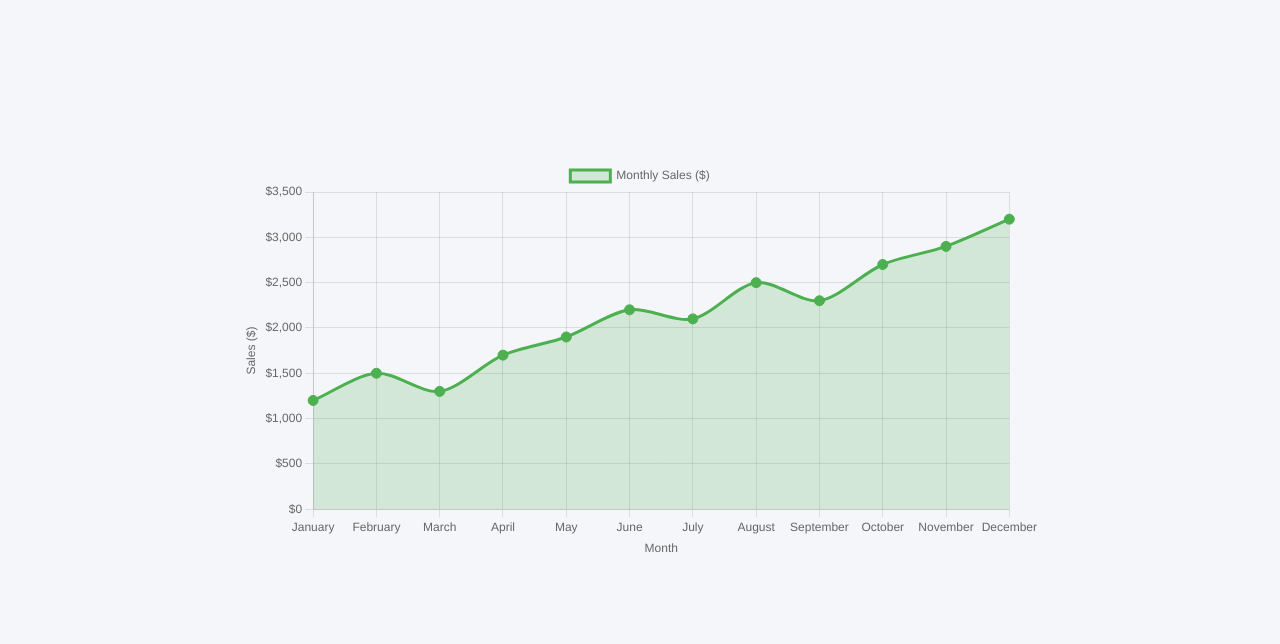
Repository: notgudmewhathuh12122334354556/GroceryInventory
Page: neww.html
An editor plug-in stored every save of this project. The page is shown before and after the next save, followed by the edit.
The browser window is 1280 px wide. The pictures show the whole page.

Above is the page before, as saved 2024-11-13 18:23:46.

After the next save:
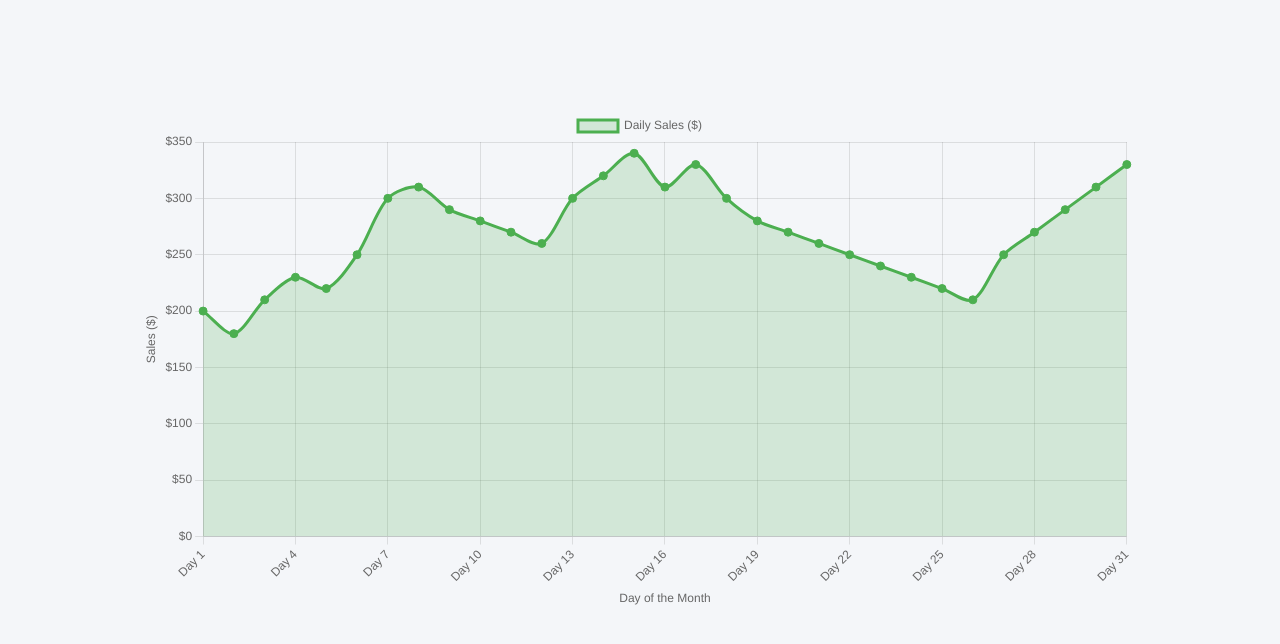
Saved 16 min 27 s later.
--- a/neww.html
+++ b/neww.html
@@ -3,7 +3,7 @@
 <head>
     <meta charset="UTF-8">
     <meta name="viewport" content="width=device-width, initial-scale=1.0">
-    <title>Sales Monitoring Chart</title>
+    <title>Daily Sales Monitoring Chart</title>
     <style>
         body {
             font-family: Arial, sans-serif;
@@ -16,8 +16,8 @@
         }
 
         .chart-container {
-            width: 80%;
-            max-width: 800px;
+            width: 90%;
+            max-width: 1000px;
             margin: 20px;
         }
     </style>
@@ -31,18 +31,27 @@
 <!-- Include Chart.js library -->
 <script src="https://cdn.jsdelivr.net/npm/chart.js"></script>
 <script>
-    // Sample data for the sales chart
+    // Generate labels for each day of the month
+    const daysOfMonth = Array.from({length: 31}, (_, i) => `Day ${i + 1}`);
+
+    // Sample daily sales data for each day of a 31-day month
+    const dailySalesData = [
+        200, 180, 210, 230, 220, 250, 300, 310, 290, 280,
+        270, 260, 300, 320, 340, 310, 330, 300, 280, 270,
+        260, 250, 240, 230, 220, 210, 250, 270, 290, 310, 330
+    ];
+
     const salesData = {
-        labels: ['January', 'February', 'March', 'April', 'May', 'June', 'July', 'August', 'September', 'October', 'November', 'December'],
+        labels: daysOfMonth,
         datasets: [{
-            label: 'Monthly Sales ($)',
-            data: [1200, 1500, 1300, 1700, 1900, 2200, 2100, 2500, 2300, 2700, 2900, 3200],
+            label: 'Daily Sales ($)',
+            data: dailySalesData,
             borderColor: '#4CAF50',
             backgroundColor: 'rgba(76, 175, 80, 0.2)',
             fill: true,
             tension: 0.3,  // Makes the line smooth
             pointBackgroundColor: '#4CAF50',
-            pointRadius: 5
+            pointRadius: 4
         }]
     };
 
@@ -70,7 +79,13 @@
                 x: {
                     title: {
                         display: true,
-                        text: 'Month'
+                        text: 'Day of the Month'
+                    },
+                    ticks: {
+                        maxRotation: 45,
+                        minRotation: 45,
+                        autoSkip: true,
+                        maxTicksLimit: 15  // Limits number of days displayed to keep chart readable
                     }
                 },
                 y: {
